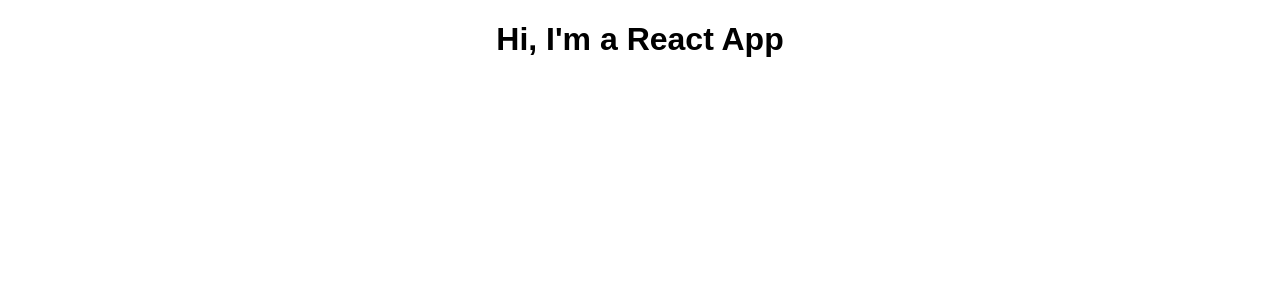
Repository: MuathYHKefayah/React-Basics
Page: /
The author's editor kept a copy of each file at every save. The page is drawn from the files as they stood at one save, then again after the next save.
The browser window is 1280 px wide. The pictures show the whole page.
The project was rebuilt for these pictures with package versions that can differ from the ones it lists, and the page was loaded fresh each time.

Above is the page before, as saved 2020-12-10 09:18:48.

### src/App.js
import React, { Component } from 'react';
import './App.css';

class App extends Component {
  render() {
    return (
      <div className="App">
        <h1>Hi, I'm a React App </h1>
        <h1></h1>
      </div>
    );
  }
}

export default App;

Loaded but not shown: public/index.html (common file); src/index.js (common file); src/index.css (common file); src/registerServiceWorker.js (common file); src/App.css (common file)

After the next save:
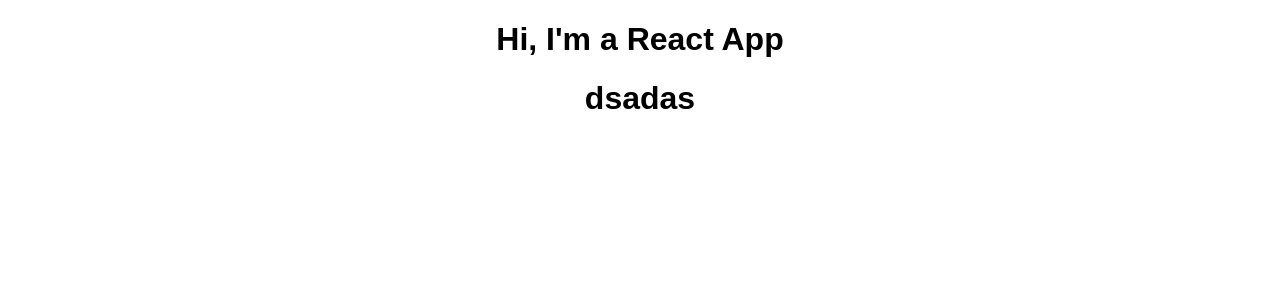
Saved 4 s later.
--- a/src/App.js
+++ b/src/App.js
@@ -6,7 +6,7 @@
     return (
       <div className="App">
         <h1>Hi, I'm a React App </h1>
-        <h1></h1>
+        <h1>dsadas</h1>
       </div>
     );
   }

After the save that followed:
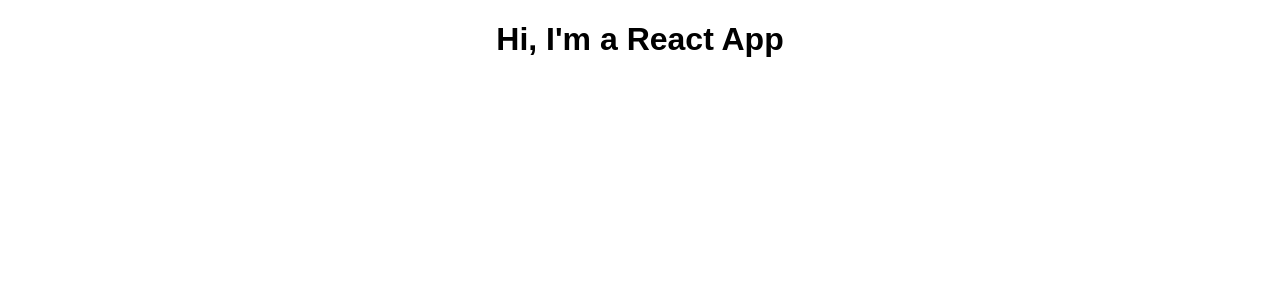
Saved 53 s later.
--- a/src/App.js
+++ b/src/App.js
@@ -6,7 +6,6 @@
     return (
       <div className="App">
         <h1>Hi, I'm a React App </h1>
-        <h1>dsadas</h1>
       </div>
     );
   }
